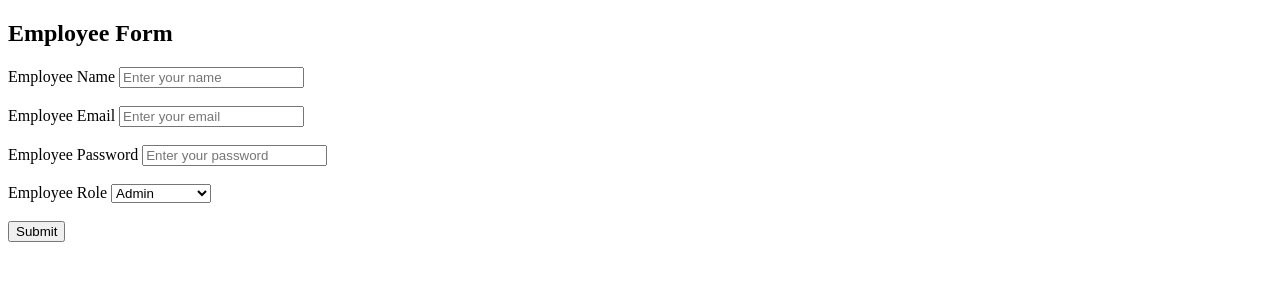
Repository: mrhpn/JavaEE--JSP-SERVLET
Page: JSP_JSTL/WebContent/employee-form.html
An editor plug-in stored every save of this project. The page is shown before and after the next save, followed by the edit.
The browser window is 1280 px wide. The pictures show the whole page.

Above is the page before, as saved 2021-04-01 07:34:24.

### JSP_JSTL/WebContent/employee-form.html
<!DOCTYPE html>
<html>
<head>
<meta charset="ISO-8859-1">
<title>Insert title here</title>
</head>
<body>
	<h2>Employee Form</h2>

	<form action="read-employee-form.jsp" method="GET">
		<label>Employee Name</label>
		<input type="text" name="employeeName" placeholder="Enter your name" required="required" />
		<br><br>

		<label>Employee Email</label>
		<input type="email" name="employeeEmail" placeholder="Enter your email" required="required" />
		<br><br>

		<label>Employee Password</label>
		<input type="password" name="employeePassword" placeholder="Enter your password" required="required" />
		<br><br>

		<label>Employee Role</label>
		<select name="employeeRole" required="required">
			<option disabled="disabled">Choose Role</option>
			<option value="admin">Admin</option>
			<option value="manager">Manager</option>
			<option value="staff">Staff</option>
		</select>
		<br><br>

		<input type="submit" value="Submit" />
	</form>

</body>
</html>

After the next save:
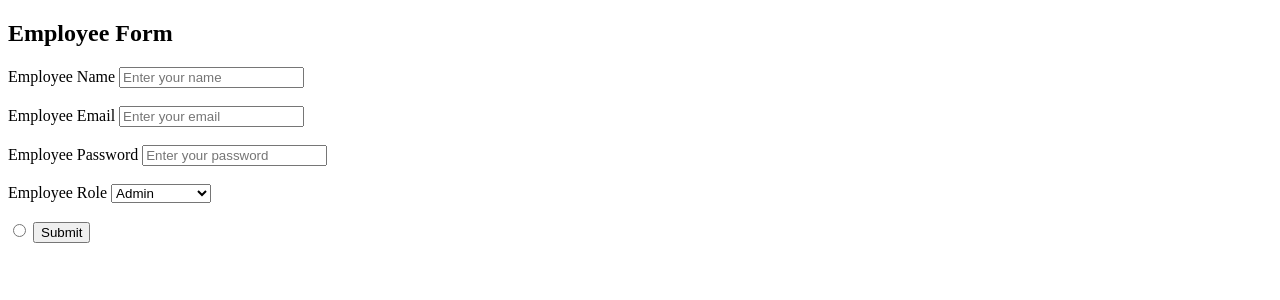
Saved 9 s later.
--- a/JSP_JSTL/WebContent/employee-form.html
+++ b/JSP_JSTL/WebContent/employee-form.html
@@ -29,6 +29,8 @@
 		</select>
 		<br><br>
 
+		<input type="radio" />
+
 		<input type="submit" value="Submit" />
 	</form>
 
